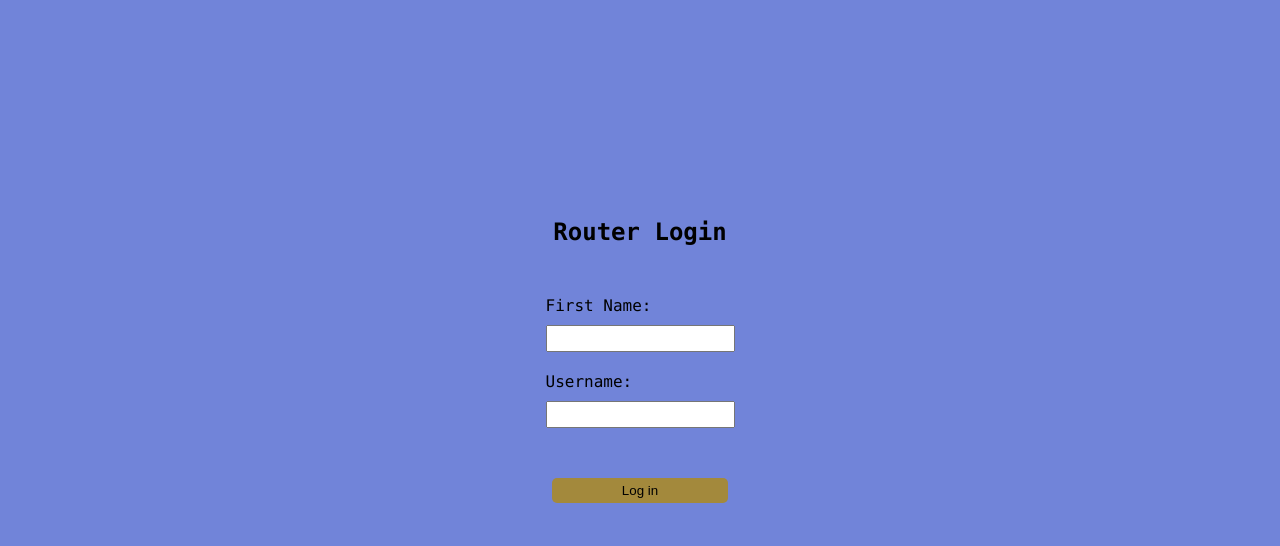
Repository: Mariessa-Pinto/week2-next.js-next-router-login
Page: /
An editor plug-in stored every save of this project. The page is shown before and after the next save, followed by the edit.
The browser window is 1280 px wide. The pictures show the whole page.
The project was rebuilt for these pictures with package versions that can differ from the ones it lists, and the page was loaded fresh each time. The framework's server and built-in components were replaced by stand-ins that run in the browser. Also part of the build but not shown: next.config.js.

Above is the page before, as saved 2023-01-11 15:07:06.

### pages/index.js
import Head from 'next/head'
import Image from 'next/image'
import { Inter } from '@next/font/google'
import styles from '../styles/Home.module.css'
import { useState } from 'react'
import { useRouter } from 'next/router'

const inter = Inter({ subsets: ['latin'] })

export default function Home() {

  const router = useRouter()

  const [formData, setFormData] = useState({
    firstName: '',
    username: ''
  })

  const CheckLogin = () => {
    console.log(formData.firstName)
    console.log(formData)

    if(formData.username !== null) {
      router.push( {
        pathname: './counter',
        query: {
          username: formData.username
        }
      })
    }
  }

  return (
    <>
      <Head>
        <title>Create Next App</title>
        <meta name="description" content="Generated by create next app" />
        <meta name="viewport" content="width=device-width, initial-scale=1" />
        <link rel="icon" href="/favicon.ico" />
      </Head>
      <main className={styles.main}>

       <h2>Router Login</h2>
       <div className={styles.form}>
        <div className={styles.inputField}>
          <label>First Name:</label>
          <input
            className={styles.input}
            type = "text"
            id = "first"
            name = "first"
            required
            pattern ="[A-Z]{1}[a-z]{2,10}"
            title="The first letter should be capitalized"
            onChange={(e => setFormData({...formData, firstName: e.target.value}))}
          />
        </div>

        <div className={styles.inputField}>
          <label>Username:</label>
          <input
            className={styles.input}
            type = "text"
            id = "username"
            name = "username"
            required
            title="Type your username"
            minLength="5"
            maxLength="10"
            onChange={(e => setFormData({...formData, username: e.target.value}))}
          />
        </div>
        </div>
       <button className={styles.button} type="submit" onClick={() => CheckLogin()}>Log in</button>
      </main>
    </>
  )
}

### styles/globals.css
:root {
  --max-width: 1100px;
  --border-radius: 12px;
  --font-mono: ui-monospace, Menlo, Monaco, 'Cascadia Mono', 'Segoe UI Mono',
    'Roboto Mono', 'Oxygen Mono', 'Ubuntu Monospace', 'Source Code Pro',
    'Fira Mono', 'Droid Sans Mono', 'Courier New', monospace;

  --foreground-rgb: 0, 0, 0;
  --background-start-rgb: 214, 219, 220;
  --background-end-rgb: 255, 255, 255;

  --primary-glow: conic-gradient(
    from 180deg at 50% 50%,
    #16abff33 0deg,
    #0885ff33 55deg,
    #54d6ff33 120deg,
    #0071ff33 160deg,
    transparent 360deg
  );
  --secondary-glow: radial-gradient(
    rgba(255, 255, 255, 1),
    rgba(255, 255, 255, 0)
  );

  --tile-start-rgb: 239, 245, 249;
  --tile-end-rgb: 228, 232, 233;
  --tile-border: conic-gradient(
    #00000080,
    #00000040,
    #00000030,
    #00000020,
    #00000010,
    #00000010,
    #00000080
  );

  --callout-rgb: 238, 240, 241;
  --callout-border-rgb: 172, 175, 176;
  --card-rgb: 180, 185, 188;
  --card-border-rgb: 131, 134, 135;

  --dark-red: darkred;
  --dark-gray: rgb(75, 75, 75);
  --gray: rgb(150, 150, 150);
  --violet: #7184D9;
  --gold: #A3893C;
  --tan: #EDDFBD;
}

@media (prefers-color-scheme: dark) {
  :root {
    --foreground-rgb: 255, 255, 255;
    --background-start-rgb: 0, 0, 0;
    --background-end-rgb: 0, 0, 0;

    --primary-glow: radial-gradient(rgba(1, 65, 255, 0.4), rgba(1, 65, 255, 0));
    --secondary-glow: linear-gradient(
      to bottom right,
      rgba(1, 65, 255, 0),
      rgba(1, 65, 255, 0),
      rgba(1, 65, 255, 0.3)
    );

    --tile-start-rgb: 2, 13, 46;
    --tile-end-rgb: 2, 5, 19;
    --tile-border: conic-gradient(
      #ffffff80,
      #ffffff40,
      #ffffff30,
      #ffffff20,
      #ffffff10,
      #ffffff10,
      #ffffff80
    );

    --callout-rgb: 20, 20, 20;
    --callout-border-rgb: 108, 108, 108;
    --card-rgb: 100, 100, 100;
    --card-border-rgb: 200, 200, 200;
  }
}

* {
  box-sizing: border-box;
  padding: 0;
  margin: 0;
}

html,
body {
  max-width: 100vw;
  overflow-x: hidden;
}

body {
  color: rgb(var(--foreground-rgb));
  background: linear-gradient(
      to bottom,
      transparent,
      rgb(var(--background-end-rgb))
    )
    rgb(var(--background-start-rgb));
}

a {
  color: inherit;
  text-decoration: none;
}

@media (prefers-color-scheme: dark) {
  html {
    color-scheme: dark;
  }
}

### styles/Home.module.css
.main {
  display: flex;
  flex-direction: column;
  justify-content: center;
  align-items: center;
  padding: 6rem;
  min-height: 100vh;
  gap: 50px;
  font-family: var(--font-mono);
  background: var(--violet);
}

.button {
  border: 1px solid rgb(var(--dark-red));
  padding: 5px 70px;
  border-radius: 5px;
  background-color: var(--gold);
}

.button:hover {
  background-color: var(--tan);
}

.inputField {
  display: flex;
  flex-direction: column;
  gap: 10px;
}

.input {
  padding: 4px;
}

.form {
  display: flex;
  flex-direction: column;
  gap: 20px;
}

Loaded but not shown: pages/_app.js (common file); pages/_document.js (common file)

After the next save:
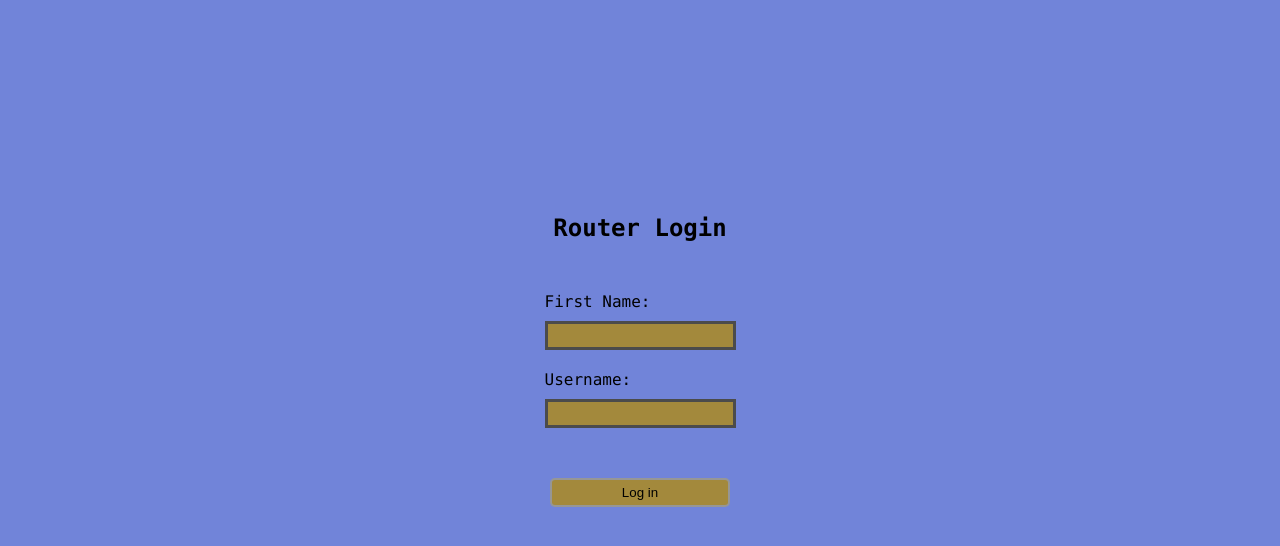
Saved 3 min 28 s later.
--- a/styles/Home.module.css
+++ b/styles/Home.module.css
@@ -11,7 +11,7 @@
 }
 
 .button {
-  border: 1px solid rgb(var(--dark-red));
+  border: 2px solid var(--gray);
   padding: 5px 70px;
   border-radius: 5px;
   background-color: var(--gold);
@@ -29,6 +29,8 @@
 
 .input {
   padding: 4px;
+  border: 3px solid var(--dark-gray);
+  background: var(--gold);
 }
 
 .form {
